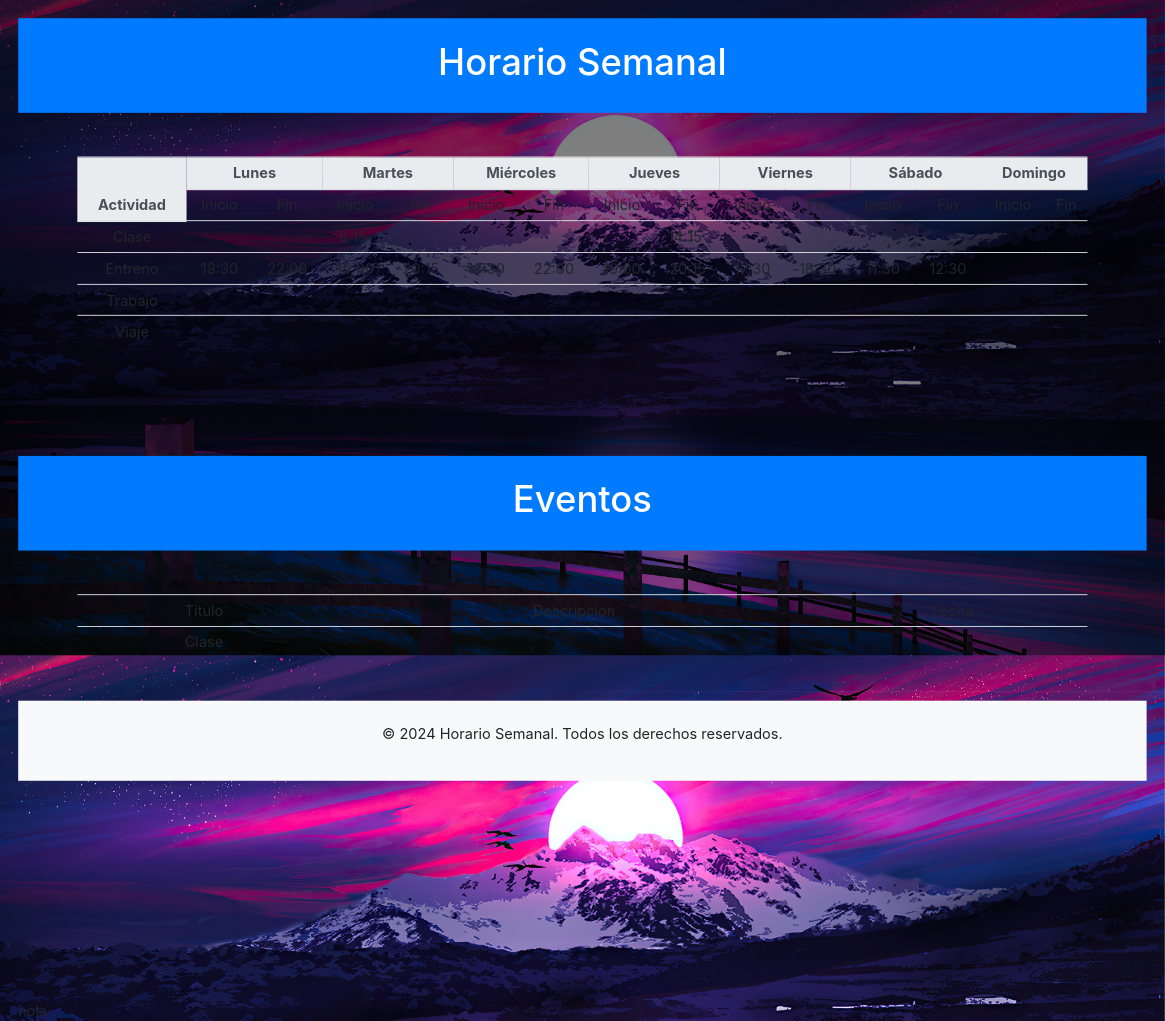
Repository: demoniers/demonIers.github.io
Page: calendar/index.html
These files come from the project's save history. The page is drawn as it stood at one moment and after the next save; the edit follows.
The browser window is 1280 px wide. The pictures show the whole page, at 91% of full size.
Backgrounds fixed to the window are drawn as part of the page. Some web libraries are served in a nearby version.

Above is the page before, as saved 2024-10-16 13:28:49.

### calendar/index.html
<!DOCTYPE html>
<html lang="es">
<head>
  <meta charset="UTF-8">
  <meta name="viewport" content="width=device-width, initial-scale=1.0">
  <title>Organigrama</title>
  <link href="https://stackpath.bootstrapcdn.com/bootstrap/4.5.2/css/bootstrap.min.css" rel="stylesheet">
  <link rel="stylesheet" href="./css/style.css">
  <!DOCTYPE html>
  <html lang="es">
  <head>
    <meta charset="UTF-8">
    <meta name="viewport" content="width=device-width, initial-scale=1.0">
    <title>Horario Semanal</title>
    <link href="https://stackpath.bootstrapcdn.com/bootstrap/4.5.2/css/bootstrap.min.css" rel="stylesheet">
    <style>
      .table th, .table td {
        text-align: center;
        vertical-align: middle;
      }
    </style>
  </head>
  <body>
    <div class="paralax"></div>
      <div class="content">
        <header class="bg-primary text-white text-center py-4">
          <h1>Horario Semanal</h1>
        </header>
        <main class="container my-5">
          <table class="table table-sm">
            <thead class="thead-light">
                <tr>
                  <th rowspan="2">Actividad</th>
                  <th colspan="2">Lunes</th>
                  <th colspan="2">Martes</th>
                  <th colspan="2">Miércoles</th>
                  <th colspan="2">Jueves</th>
                  <th colspan="2">Viernes</th>
                  <th colspan="2">Sábado</th>
                  <th colspan="2">Domingo</th>
                </tr>
                <tr>
                  <td class="cuerpo">Inicio</td>
                  <td class="cuerpo">Fin</td>
                  <td class="cuerpo">Inicio</td>
                  <td class="cuerpo">Fin</td>
                  <td class="cuerpo">Inicio</td>
                  <td class="cuerpo">Fin</td>
                  <td class="cuerpo">Inicio</td>
                  <td class="cuerpo">Fin</td>
                  <td class="cuerpo">Inicio</td>
                  <td class="cuerpo">Fin</td>
                  <td class="cuerpo">Inicio</td>
                  <td class="cuerpo">Fin</td>
                  <td class="cuerpo">Inicio</td>
                  <td class="cuerpo">Fin</td>
                </tr>
            </thead>
            <tbody>
              <tr>
                <td>Clase</td>
                <td colspan="5" class="cuerpo">8:15</td>
                <td colspan="5" class="cuerpo">14:15</td>
                <td class="cuerpo"></td>
                <td class="cuerpo"></td>
                <td class="cuerpo"></td>
                <td class="cuerpo"></td>
              </tr>
              <tr>
                <td>Entreno</td>
                <td class="cuerpo">18:30 </td><td class="cuerpo"> 22:00</td>
                <td class="cuerpo">19:00 </td><td class="cuerpo"> 20:15</td>
                <td class="cuerpo">18:30 </td><td class="cuerpo"> 22:00</td>
                <td class="cuerpo">19:00 </td><td class="cuerpo"> 20:15</td>
                <td class="cuerpo">17:30 </td><td class="cuerpo"> 18:30</td>
                <td class="cuerpo">11:30 </td><td class="cuerpo"> 12:30</td>
                <td class="cuerpo"></td><td class="cuerpo"> </td>
              </tr>
              <tr>
                <td>Trabajo</td>
                <td class="cuerpo"></td><td class="cuerpo"> </td>
                <td class="cuerpo"></td><td class="cuerpo"> </td>
                <td class="cuerpo"></td><td class="cuerpo"> </td>
                <td class="cuerpo"></td><td class="cuerpo"> </td>
                <td class="cuerpo"></td><td class="cuerpo"> </td>
                <td class="cuerpo"></td><td class="cuerpo"> </td>
                <td class="cuerpo"></td><td class="cuerpo"> </td>
              </tr>
              <tr>
                <td>Viaje</td>
                <td class="cuerpo"></td><td class="cuerpo"> </td>
                <td class="cuerpo"></td><td class="cuerpo"> </td>
                <td class="cuerpo"></td><td class="cuerpo"> </td>
                <td class="cuerpo"></td><td class="cuerpo"> </td>
                <td class="cuerpo"></td><td class="cuerpo"> </td>
                <td class="cuerpo"></td><td class="cuerpo"> </td>
                <td class="cuerpo"></td><td class="cuerpo"> </td>
              </tr>
            </tbody>
          </table>
        </main>
        <br><br><br>
        <header class="bg-primary text-white text-center py-4">
          <h1>Eventos</h1>
        </header>
        <main class="container my-5">
          <table class="table table-sm">
            <thead class="thead-light">
                <tr>
                  <td class="cuerpo">Titulo</td>
                  <td class="cuerpo">Descripcion</td>
                  <td class="cuerpo">Fecha</td>
                </tr>
            </thead>
            <tbody>
              <tr>
                <td>Clase</td>
                <td class="cuerpo"></td>
                <td class="cuerpo"></td>
              </tr>
            </tbody>
          </table>
        </main>
        <footer class="bg-light text-center py-4">
          <p>&copy; 2024 Horario Semanal. Todos los derechos reservados.</p>
        </footer>
        <br><br><br><br><br><br><br><br><br><br><p>hola</p>
      </div>

    <script src="https://code.jquery.com/jquery-3.5.1.slim.min.js"></script>
    <script src="https://cdn.jsdelivr.net/npm/@popperjs/core@2.5.2/dist/umd/popper.min.js"></script>
    <script src="https://stackpath.bootstrapcdn.com/bootstrap/4.5.2/js/bootstrap.min.js"></script>
  </body>
  </html>

### calendar/css/style.css
        /* Estilo que aplica al cuerpo de la página */

        body, html {
            background-image: url(../img/fondo.jpg);
            height: 100%;
            background-attachment: fixed;
            background-position: center;
            background-repeat: no-repeat;
            background-size: cover;
        }
        .content {
            height: 100%;
            padding: 20px;
            background: rgba(0, 0, 0, 0.5);
        }
        table tr th td {
            background-color:none;
            border: 1px;
        }

After the next save:
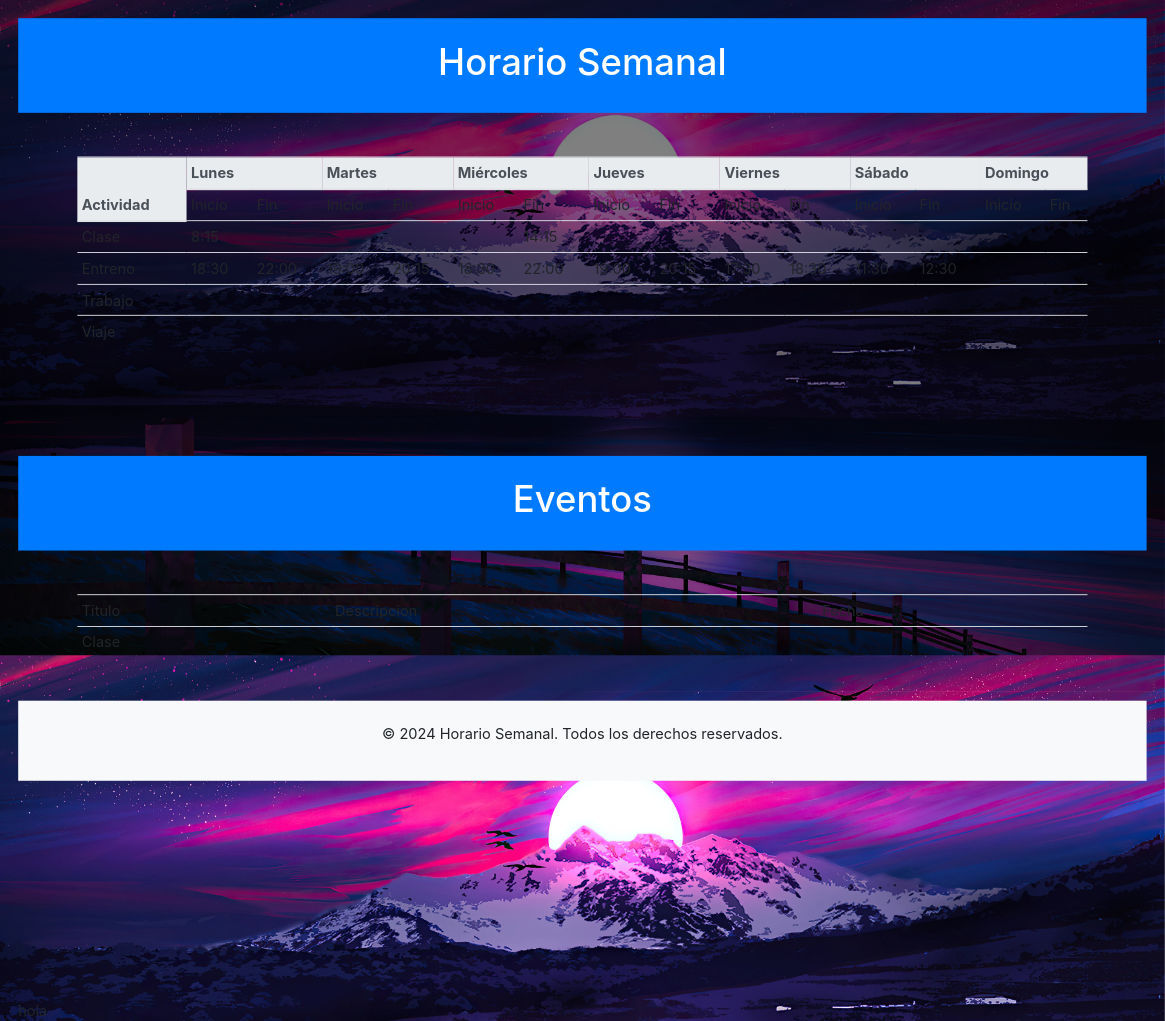
Saved 34 s later.
--- a/calendar/index.html
+++ b/calendar/index.html
@@ -13,12 +13,6 @@
     <meta name="viewport" content="width=device-width, initial-scale=1.0">
     <title>Horario Semanal</title>
     <link href="https://stackpath.bootstrapcdn.com/bootstrap/4.5.2/css/bootstrap.min.css" rel="stylesheet">
-    <style>
-      .table th, .table td {
-        text-align: center;
-        vertical-align: middle;
-      }
-    </style>
   </head>
   <body>
     <div class="paralax"></div>
